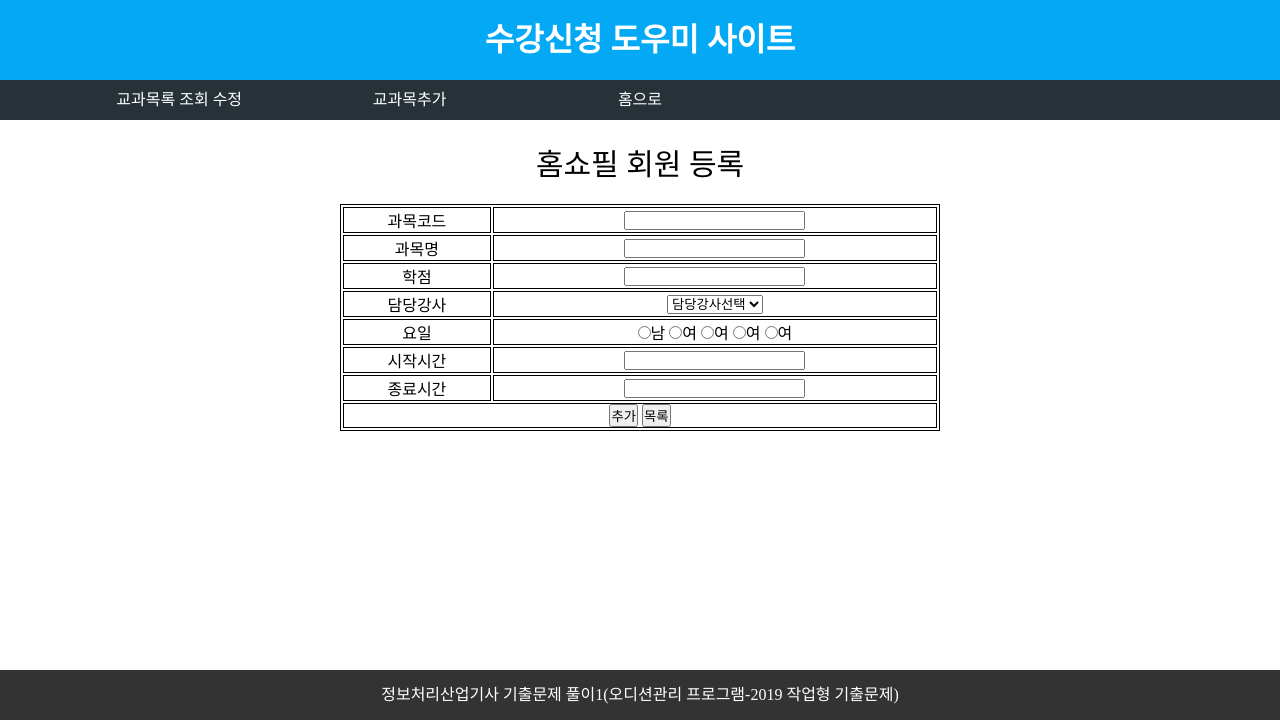
Repository: yongmin0309/smart
Page: http://localhost/MVC_002/courseInsert
The author's editor kept a copy of each file at every save. The page is drawn from the files as they stood at one save, then again after the next save.
The browser window is 1280 px wide. The pictures show the whole page.
The page is served by Tomcat 9. Other server files are loaded and not shown.

Above is the page before, as saved 2024-04-04 12:03:39.
Console error: SyntaxError: Unexpected token 'false'

### javawork/MVC_002/src/main/webapp/view/insert.jsp
<%@ page language="java" contentType="text/html; charset=UTF-8"
    pageEncoding="UTF-8"%>
<jsp:include page="master/header.jsp"/>

<section>
<div class="container">
	<p class="title">홈쇼필 회원 등록</p>
	<form action="/courseInsert" method="post" name="frm">
			<table width="600px">
				<tr>
					<td>과목코드</td>
					<td><input type = "text"  name="id" id="id" ></td>
				</tr>

				<tr>
					<td>과목명</td>
					<td><input type="text" id="name" name="name"></td>
				</tr>

				<tr>
					<td>학점</td>
					<td><input type="number" id="credit" name="credit"></td>
				</tr>

				<tr>
						<td>담당강사</td>
						<td><select id="lecture" name="lecture">
								<option value="0">담당강사선택</option>

								<option value="1">보컬</option>

								<option value="2">댄스</option>

								<option value="3">랩</option>
							</select>
						</td>
				</tr>

				<tr>
					<td>요일</td>
					<td>
						<input type="radio" id="week" name="week" value="M">남
						<input type="radio" id="week" name="week" value="F">여
						<input type="radio" id="week" name="week" value="F">여
						<input type="radio" id="week" name="week" value="F">여
						<input type="radio" id="week" name="week" value="F">여
					</td>
				</tr>

				<tr>
					<td>시작시간</td>
					<td><input type="number" id="start_hour" name="start_hour"></td>
				</tr>

					<tr>
					<td>종료시간</td>
					<td><input type="number" id="end_hour" name="end_hour"></td>
				</tr>

				<tr>
					<td colspan="2" align="center">
					<input type="submit" value="추가" onclick="return checkForm()">
					<input type="button" value="목록" onclick="location.href ='CourseList'">
				</tr>

			</table>
	</form>
</div>
</section>


<script>
	function checkForm() {
		if(document.frm.id.value.trim() == ""){
			alert('참가번호가 입력되지 않았습니다!');
			document.frm.id.focus();
			retuen false;
		}
		if(document.frm.name.value.trim() == ""){
			alert('참가자명가 입력되지 않았습니다!');
			document.frm.name.focus();
			retuen false;
		}
		if(document.frm.credit.value.trim() == ""){
			alert('생년월일이 입력되지 않았습니다!');
			document.frm.credit.focus();
			retuen false;
		}
		if(document.frm.lecture.value.trim() == ""){
			alert('성별이 입력되지 않았습니다!');
			document.frm.lecture.focus();
			retuen false;
		}
		if(document.frm.week.value.trim() == ""){
			alert('특기 입력되지 않았습니다!');
			document.frm.week.focus();
			retuen false;
		}
		if(document.frm.start_hour.value.trim() == ""){
			alert('소속사 입력되지 않았습니다!');
			document.frm.start_hour.focus();
			retuen false;
		}
		if(document.frm.end_hour.value.trim() == ""){
			alert('소속사 입력되지 않았습니다!');
			document.frm.end_hour.focus();
			retuen false;
		}
		document.frm.submit();
		}
</script>
<jsp:include page ="master/footer.jsp"/>

### javawork/MVC_002/src/main/webapp/view/master/header.jsp
<%@ page language="java" contentType="text/html; charset=UTF-8"
    pageEncoding="UTF-8"%>
<!DOCTYPE html>
<html>
<head>
	<meta charset="UTF-8">
	<title>Insert title here</title>
	<link rel="stylesheet" href="/css/style.css?after">
</head>
<body>
	<header>
		<h1>수강신청 도우미 사이트</h1>
	</header>

	<nav>
		<ul>
			<li><a href="/courseList">교과목록 조회 수정</a></li>
			<li><a href="/courseInsert">교과목추가</a></li>
			<li><a href="/index">홈으로</a></li>
		</ul>
	</nav>
</body>
</html>

### javawork/MVC_002/src/main/webapp/view/master/footer.jsp
<%@ page language="java" contentType="text/html; charset=UTF-8"
    pageEncoding="UTF-8"%>
<footer>
	정보처리산업기사 기출문제 풀이1(오디션관리 프로그램-2019 작업형 기출문제)
</footer>

### javawork/MVC_002/src/main/java/controller/FrontController.java
package controller;

import java.io.IOException;
import java.util.HashMap;

import javax.servlet.RequestDispatcher;
import javax.servlet.ServletConfig;
import javax.servlet.ServletException;
import javax.servlet.annotation.WebServlet;
import javax.servlet.http.HttpServlet;
import javax.servlet.http.HttpServletRequest;
import javax.servlet.http.HttpServletResponse;

/**
 * Servlet implementation class ForntController
 */
@WebServlet("/FrontController")
public class FrontController extends HttpServlet {
	private static final long serialVersionUID = 1L;

    /**
     * @see HttpServlet#HttpServlet()
     */
    public FrontController() {
        super();
        // TODO Auto-generated constructor stub
    }

    String charset = null;
	HashMap<String, Controller> list = null;

	private final String prefix = "/view/";
	private final String postfix = ".jsp";

	@Override
	public void init(ServletConfig config) throws ServletException {
		System.out.println("프론트 생성");
		charset = config.getInitParameter("charset");

			list = new HashMap<String, Controller>();
			list.put("/", new MainController());
		//	list.put("/courseList", new CourseListController());
			list.put("/courseInsert", new CourseInsertController());


	}

	protected void service(HttpServletRequest req, HttpServletResponse resp) throws
	ServletException, IOException{
		System.out.println("프론트 실행");
		req.setCharacterEncoding(charset);

		String url = req.getRequestURI();
		String contextPath = req.getContextPath();
		String path = url.substring(contextPath.length());

		Controller subController = list.get(path);

		if(subController == null) {
			resp.sendRedirect("/");
			return;
		}

		System.out.println("여기까진 옴 : "+ path);
		String result = subController.execute(req, resp);
		System.out.println("여기까진 옴 : "+ result);

		if(result.indexOf("redirect::") != 0) {
			System.out.println(prefix + result + postfix);
			RequestDispatcher dispatcher = req.getRequestDispatcher(prefix + result + postfix);
			System.out.println("포워딩 함");
			dispatcher.forward(req, resp);
		}else {
			String reUrl = result.substring("redirect::".length());
			resp.sendRedirect(reUrl);
		}
	}

	/**
	 * @see HttpServlet#doGet(HttpServletRequest request, HttpServletResponse response)
	 */
	protected void doGet(HttpServletRequest request, HttpServletResponse response) throws ServletException, IOException {
		// TODO Auto-generated method stub
		response.getWriter().append("Served at: ").append(request.getContextPath());
	}

	/**
	 * @see HttpServlet#doPost(HttpServletRequest request, HttpServletResponse response)
	 */
	protected void doPost(HttpServletRequest request, HttpServletResponse response) throws ServletException, IOException {
		// TODO Auto-generated method stub
		doGet(request, response);
	}

}

### javawork/MVC_002/src/main/java/controller/Controller.java
package controller;
import java.io.IOException;

import javax.servlet.ServletException;
import javax.servlet.http.HttpServletRequest;
import javax.servlet.http.HttpServletResponse;

public interface Controller {
	public String execute(HttpServletRequest req ,HttpServletResponse resp)
			throws ServletException, IOException;
}

### javawork/MVC_002/src/main/java/controller/MainController.java
package controller;

import java.io.IOException;

import javax.servlet.ServletException;
import javax.servlet.http.HttpServletRequest;
import javax.servlet.http.HttpServletResponse;

public class MainController implements Controller{
	@Override
	public String execute(HttpServletRequest req, HttpServletResponse resp) throws
ServletException, IOException{
			return "index";
	}
}

### javawork/MVC_002/src/main/java/controller/CourseInsertController.java
package controller;

import java.sql.SQLException;

import javax.servlet.http.HttpServletRequest;
import javax.servlet.http.HttpServletResponse;

import biz.CourseService;
import vo.CourseVo;



public class CourseInsertController implements Controller{
	public String execute(HttpServletRequest req, HttpServletResponse resp) {
		System.out.println(req.getMethod());

		if(req.getMethod().equals("POST")) {
			return  processInsertServic(req, resp);
		}else if (req.getMethod().equals("GET")) {

			return "insert";
		}
		return "redirect::/";
	}

	private String processInsertServic(HttpServletRequest req, HttpServletResponse resp) {
		String id = req.getParameter("id");
		String name = req.getParameter("name");
		int credit = Integer.parseInt("credit");
		int lecture = Integer.parseInt("lecture");
		int week = Integer.parseInt("week");
		int start_hour = Integer.parseInt("start_hour");
		int end_hour = Integer.parseInt("end_hour");


		CourseVo course = new CourseVo();
		course.setId(id);
		course.setName(name);
		course.setCredit(credit);
		course.setLecture(lecture);
		course.setWeek(week);
		course.setStart_hour(start_hour);
		course.setEnd_hour(end_hour);



		CourseService service = new CourseService();
		int  n = 0;
		try {
			n = service.courseInsert(course);
		}catch (SQLException e) {
			e.printStackTrace();
		}

		if(n>0) {
			return "redirect::courseList";
		}else {
			return "insert";
		}
	}
}

### javawork/MVC_002/src/main/webapp/css/style.css
@charset "UTF-8";
*{
	padding: 0;
	margin: 0 auto;
}
ul{
	list-style: none;
}
a{
	color: inherit;
	text-decoration: none;
}
header{
	width: 100%;
	height: 80px;
	background-color: #03A9F4;
	text-align: center;
	line-height: 80px;
	color: white;
}
nav{
	width: 100%;
	height: 40px;
	background: #263238;
	text-align: center;
	line-height: 40px;
	color: white;
}
nav > ul{
	width: 90%;
}
nav > ul > li{
	width: 20%;
	float: left;
}
section{
	width: 100%;
}
section > .container{
	padding: 20px;
	margin: 0 auto;
}
section > .container .title{
	font-size: 30px;
	text-align: center;
	margin-bottom: 20px;
}
table, th, td{
	border: 1px solid black;
	text-align: center;
}
footer{
	width: 100%;
	height: 50px;
	line-height: 50px;
	text-align: center;
	background: #333;
	color: white;
	position: absolute;
	bottom: 0;
}

After the next save:
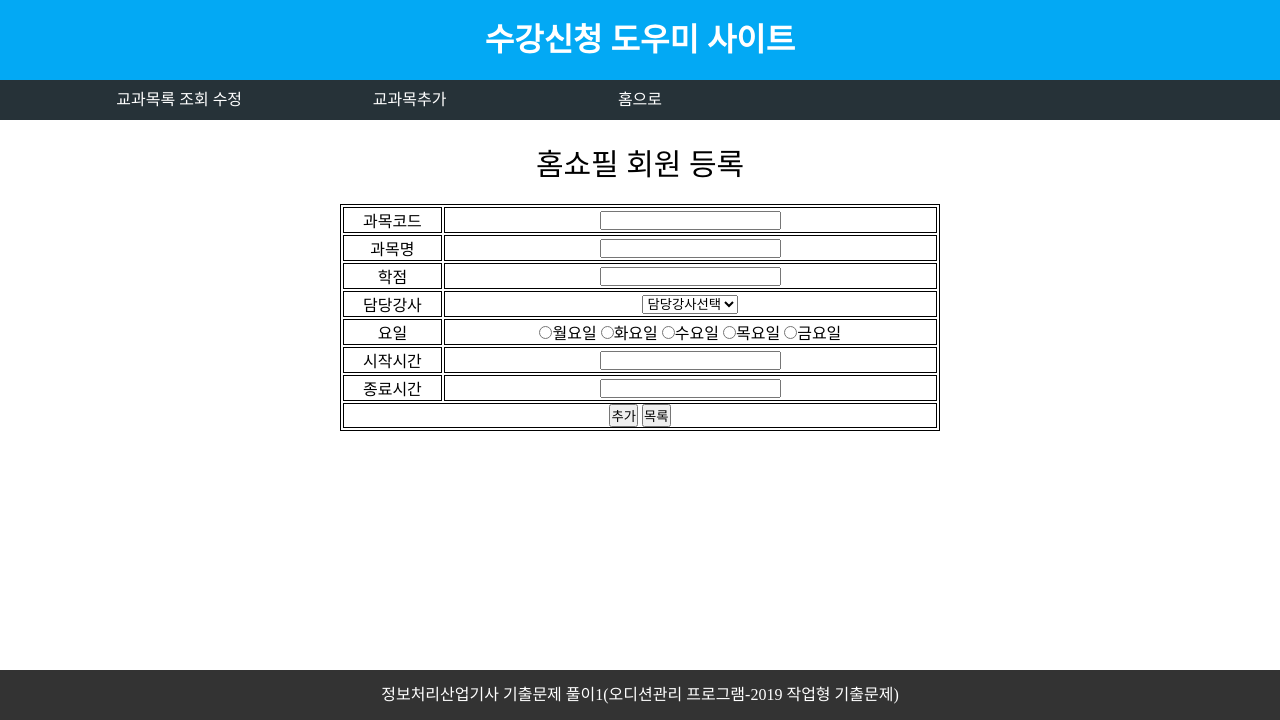
Saved 2 min 43 s later.
--- a/javawork/MVC_002/src/main/webapp/view/insert.jsp
+++ b/javawork/MVC_002/src/main/webapp/view/insert.jsp
@@ -27,11 +27,17 @@
 						<td><select id="lecture" name="lecture">
 								<option value="0">담당강사선택</option>
 
-								<option value="1">보컬</option>
+								<option value="1">김교수</option>
 
-								<option value="2">댄스</option>
+								<option value="2">이교수</option>
 
-								<option value="3">랩</option>
+								<option value="3">박교수</option>
+
+								<option value="4">추교수</option>
+
+								<option value="5">최교수</option>
+
+								<option value="6">임교슈</option>
 							</select>
 						</td>
 				</tr>
@@ -39,11 +45,11 @@
 				<tr>
 					<td>요일</td>
 					<td>
-						<input type="radio" id="week" name="week" value="M">남
-						<input type="radio" id="week" name="week" value="F">여
-						<input type="radio" id="week" name="week" value="F">여
-						<input type="radio" id="week" name="week" value="F">여
-						<input type="radio" id="week" name="week" value="F">여
+						<input type="radio" id="week" name="week" value="1">월요일
+						<input type="radio" id="week" name="week" value="2">화요일
+						<input type="radio" id="week" name="week" value="3">수요일
+						<input type="radio" id="week" name="week" value="5">목요일
+						<input type="radio" id="week" name="week" value="6">금요일
 					</td>
 				</tr>
 
